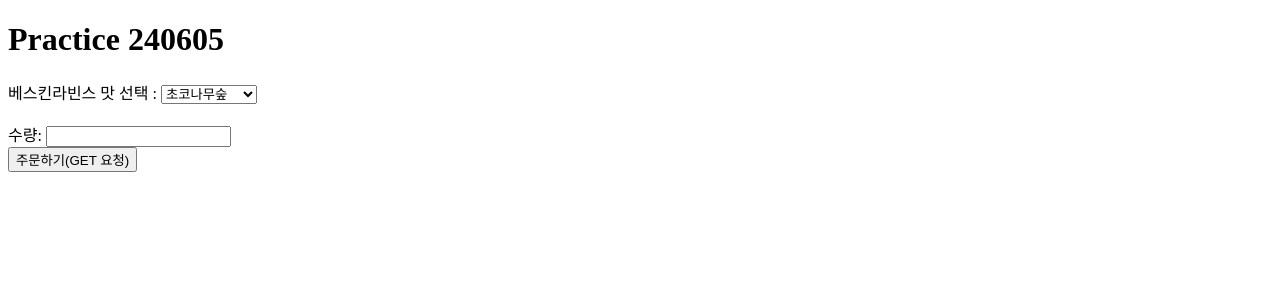
Repository: yeeeeeeer/05_servlet
Page: http://localhost/practice240605-handler/
An editor plug-in stored every save of this project. The page is shown before and after the next save, followed by the edit.
The browser window is 1280 px wide. The pictures show the whole page.
The page is served by Tomcat 10. Other server files are loaded and not shown.

Above is the page before, as saved 2024-06-05 07:58:27.

### practice240605-handler/src/main/webapp/index.jsp
<%@ page language="java" contentType="text/html; charset=UTF-8"
	pageEncoding="UTF-8"%>
<!DOCTYPE html>
<html>
<head>
<meta charset="UTF-8">
<title>practice240605</title>
</head>
<body>

	<h1>Practice 240605</h1>

		<form action="practice240605" method="get">

			<label>베스킨라빈스 맛 선택 :  </label> <select name="flavor"><br>
				<option value="초코나무숲">초코나무숲</option>
				<option value="민트초콜릿칩">민트초콜릿칩</option>
				<option value="엄마는외계인">엄마는외계인</option>
			</select><br><br>
			<label>수량: </label>
			<input type="text" name="count"><br>
			<input type="submit" value="주문하기(GET 요청)">

		</form>


</body>
</html>

After the next save:
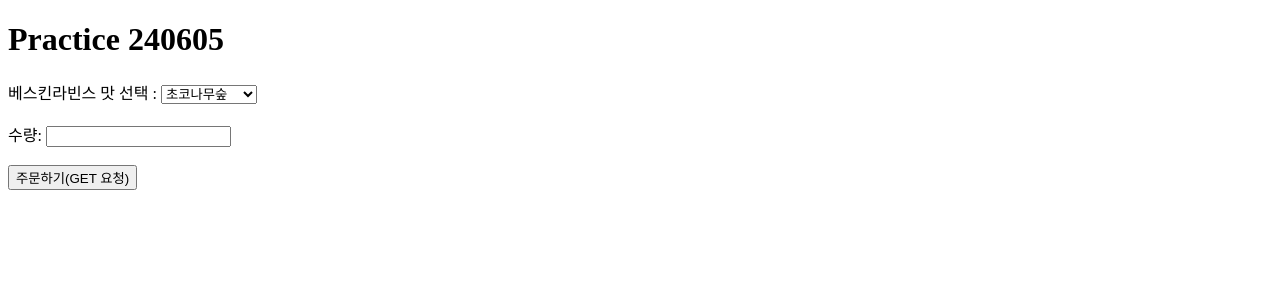
Saved 17 s later.
--- a/practice240605-handler/src/main/webapp/index.jsp
+++ b/practice240605-handler/src/main/webapp/index.jsp
@@ -18,7 +18,7 @@
 				<option value="엄마는외계인">엄마는외계인</option>
 			</select><br><br>
 			<label>수량: </label>
-			<input type="text" name="count"><br>
+			<input type="text" name="count"><br><br>
 			<input type="submit" value="주문하기(GET 요청)">
 
 		</form>
